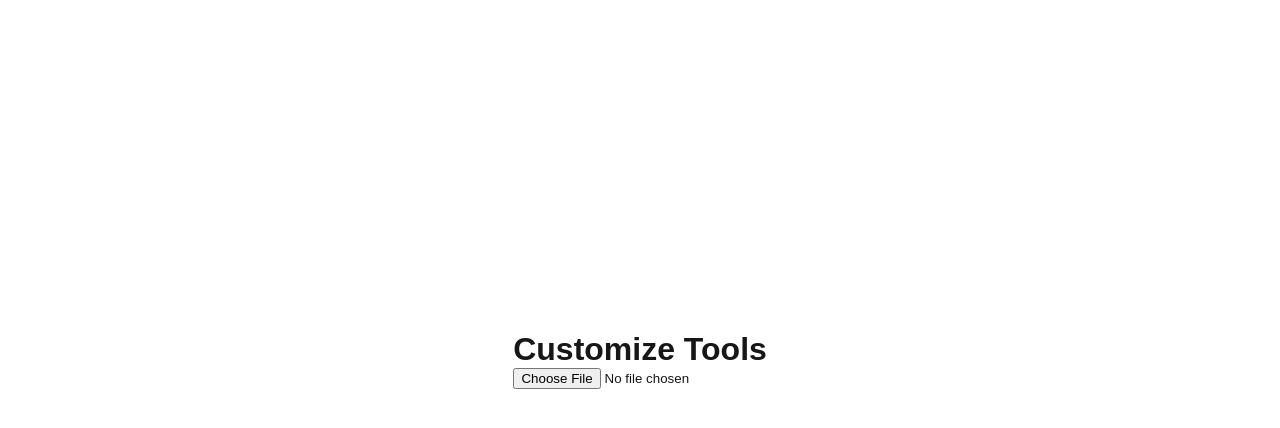
Repository: Sumaiya43/medna-tools
Page: /
These files come from the project's save history. The page is drawn as it stood at one moment and after the next save; the edit follows.
The browser window is 1280 px wide. The pictures show the whole page.
The project was rebuilt for these pictures with package versions that can differ from the ones it lists, and the page was loaded fresh each time. The framework's server and built-in components were replaced by stand-ins that run in the browser. Also part of the build but not shown: next.config.mjs.

Above is the page before, as saved 2026-02-26 02:49:41.

### src/app/layout.js
import { Geist, Geist_Mono } from "next/font/google";
import "./globals.css";

const geistSans = Geist({
  variable: "--font-geist-sans",
  subsets: ["latin"],
});

const geistMono = Geist_Mono({
  variable: "--font-geist-mono",
  subsets: ["latin"],
});

export const metadata = {
  title: "Medna Medical Equipment",
  description:
    "Medna Medical Equipment is a leading provider of high-quality medical equipment and supplies. We offer a wide range of products to meet the needs of healthcare professionals and institutions. Our commitment to excellence and customer satisfaction sets us apart in the industry.",
};

export default function RootLayout({ children }) {
  return (
    <html lang="en">
      <body className={`${geistSans.variable} ${geistMono.variable}`}>
        {children}
      </body>
    </html>
  );
}

### src/app/page.js
"use client";
import Image from "next/image";
import styles from "./page.module.css";
import { useState } from "react";

export default function Home() {
  const [imageUrl, setImageUrl] = useState(null);

  const handleUpload = (e) => {
    const file = e.target.files?.[0];
    if (!file) return;

    const url = URL.createObjectURL(file);
    setImageUrl(url);
  };

  return (
    <div className={styles.page}>
      <main className={styles.main}>
        <h1>Customize Tools</h1>

        <input type="file" accept="image/*" onChange={handleUpload} />

        {imageUrl && (
          <div>
            <p>Image Loaded</p>
            <Image src={imageUrl} alt="Uploaded" width={300} height={300} />
          </div>
        )}
      </main>
    </div>
  );
}

### src/app/globals.css
:root {
  --background: #ffffff;
  --foreground: #171717;
}

@media (prefers-color-scheme: dark) {
  :root {
    --background: #f2efef;
    --foreground: #090808;
  }
}

html,
body {
  max-width: 100vw;
  overflow-x: hidden;
}

body {
  color: var(--foreground);
  background: var(--background);
  font-family: Arial, Helvetica, sans-serif;
  -webkit-font-smoothing: antialiased;
  -moz-osx-font-smoothing: grayscale;
}

* {
  box-sizing: border-box;
  padding: 0;
  margin: 0;
}

a {
  color: inherit;
  text-decoration: none;
}

@media (prefers-color-scheme: dark) {
  html {
    color-scheme: dark;
  }
}

### src/app/page.module.css
.page {
  max-width: 1200px;
  height: 100vh;
  margin: 0 auto;
  padding: 24px;
  font-family: Arial, sans-serif;

  display: flex;
  justify-content: center;
  align-items: center;
}

.main {
  display: flex;
  flex-direction: column;
  justify-content: center;
  gap: 2;
  align-items: center;
  width: 70%;
}

After the next save:
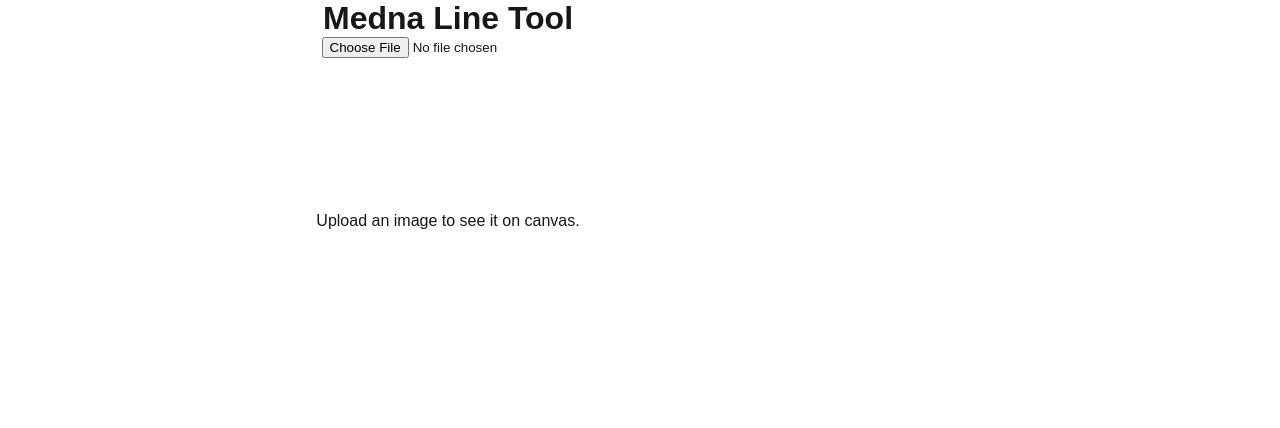
Saved 93 s later.
--- a/src/app/page.js
+++ b/src/app/page.js
@@ -1,33 +1,62 @@
 "use client";
-import Image from "next/image";
+
+import { useRef, useState } from "react";
 import styles from "./page.module.css";
-import { useState } from "react";
 
 export default function Home() {
-  const [imageUrl, setImageUrl] = useState(null);
+  const canvasRef = useRef(null);
+  const [imgObj, setImgObj] = useState(null);
 
-  const handleUpload = (e) => {
+  function drawImageOnCanvas(image) {
+    const canvas = canvasRef.current;
+    if (!canvas) return;
+
+    const ctx = canvas.getContext("2d");
+    if (!ctx) return;
+
+    // Make canvas same size as image
+    canvas.width = image.width;
+    canvas.height = image.height;
+
+    // Clear old drawings
+    ctx.clearRect(0, 0, canvas.width, canvas.height);
+
+    // Draw image
+    ctx.drawImage(image, 0, 0);
+  }
+
+  function handleUpload(e) {
     const file = e.target.files?.[0];
     if (!file) return;
 
     const url = URL.createObjectURL(file);
-    setImageUrl(url);
-  };
+
+    const image = new Image();
+    image.onload = () => {
+      setImgObj(image);
+      drawImageOnCanvas(image);
+    };
+    image.src = url;
+  }
 
   return (
-    <div className={styles.page}>
-      <main className={styles.main}>
-        <h1>Customize Tools</h1>
+    <main className={styles.main}>
+      <h1 className={styles.title}>Medna Line Tool</h1>
 
-        <input type="file" accept="image/*" onChange={handleUpload} />
+      <input
+        className={styles.upload}
+        type="file"
+        accept="image/*"
+        onChange={handleUpload}
+      />
 
-        {imageUrl && (
-          <div>
-            <p>Image Loaded</p>
-            <Image src={imageUrl} alt="Uploaded" width={300} height={300} />
-          </div>
-        )}
-      </main>
-    </div>
+      <div className={styles.canvasBox}>
+        <canvas ref={canvasRef} className={styles.canvas} />
+      </div>
+
+      {!imgObj && (
+        <p className={styles.note}>Upload an image to see it on canvas.</p>
+      )}
+    </main>
   );
 }
